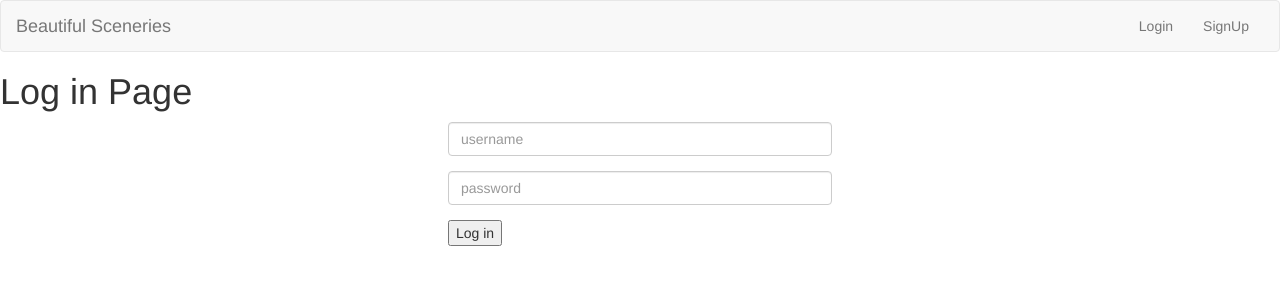
Repository: sameer1994/awesome-sceneries
Page: http://localhost/login
The author's editor kept a record of every edit. The page is drawn from the files as they stood at one moment, then again after the next edit.
The browser window is 1280 px wide. The pictures show the whole page.
The page is served by the project's Node server (camps/app.js).

Above is the page before.

After the next edit:
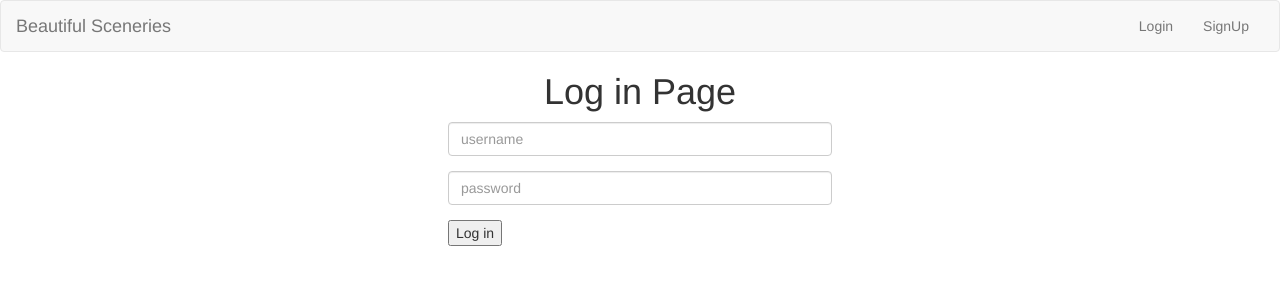
The edit:
--- a/camps/views/login.ejs
+++ b/camps/views/login.ejs
@@ -1,5 +1,5 @@
 <% include ./partials/header%>
-<h1>Log in Page</h1>
+<h1 style="text-align:center" >Log in Page</h1>
 <form action="/login" method="post">
 <div style="width:30%; margin:0 auto;">
 <div class="form-group">
